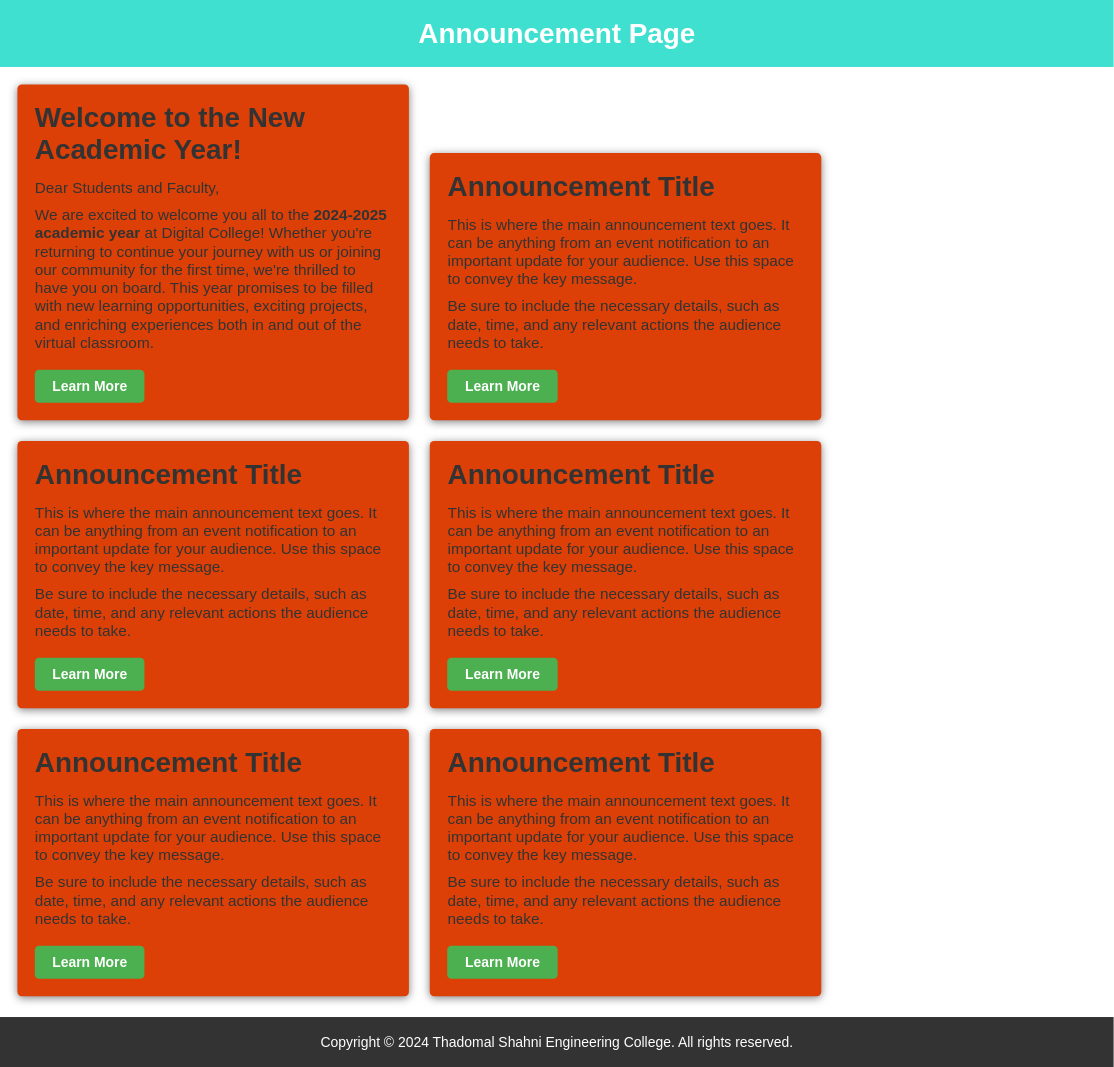
Repository: TejasS1233/MINITHON-hackathon-project
Page: annoucementpage.html
An editor plug-in stored every save of this project. The page is shown before and after the next save, followed by the edit.
The browser window is 1280 px wide. The pictures show the whole page, at 87% of full size.

Above is the page before, as saved 2024-09-20 09:36:04.

### annoucementpage.html
<!DOCTYPE html>
<html lang="en">
<head>
    <meta charset="UTF-8">
    <meta name="viewport" content="width=device-width, initial-scale=1.0">
    <meta http-equiv="X-UA-Compatible" content="ie=edge">
    <title>Announcement Page</title>
    <link rel="stylesheet" href="styles.css">
</head>
<body>

    <div class = "announcement-heading">
        <h1>Announcement Page</h1>
    </div>

    <div class="announcement-grid">
    <div class="announcement">
        <h2>Welcome to the New Academic Year!</h2>
        <p>
            Dear Students and Faculty,
        </p>
        <p>
            We are excited to welcome you all to the <strong>2024-2025 academic year</strong> at Digital College!
        Whether you're returning to continue your journey with us or joining our community for the first time,
        we're thrilled to have you on board. This year promises to be filled with new learning opportunities,
        exciting projects, and enriching experiences both in and out of the virtual classroom.
        </p>
        <a href="#" class="cta-button">Learn More</a>
    </div>
    <div class="announcement">
        <h2>Announcement Title</h2>
        <p>
            This is where the main announcement text goes. It can be anything from an event notification to
            an important update for your audience. Use this space to convey the key message.
        </p>
        <p>
            Be sure to include the necessary details, such as date, time, and any relevant actions the
            audience needs to take.
        </p>
        <a href="#" class="cta-button">Learn More</a>
    </div>
    <div class="announcement">
        <h2>Announcement Title</h2>
        <p>
            This is where the main announcement text goes. It can be anything from an event notification to
            an important update for your audience. Use this space to convey the key message.
        </p>
        <p>
            Be sure to include the necessary details, such as date, time, and any relevant actions the
            audience needs to take.
        </p>
        <a href="#" class="cta-button">Learn More</a>
    </div>
    <div class="announcement">
        <h2>Announcement Title</h2>
        <p>
            This is where the main announcement text goes. It can be anything from an event notification to
            an important update for your audience. Use this space to convey the key message.
        </p>
        <p>
            Be sure to include the necessary details, such as date, time, and any relevant actions the
            audience needs to take.
        </p>
        <a href="#" class="cta-button">Learn More</a>
    </div>
    <div class="announcement">
        <h2>Announcement Title</h2>
        <p>
            This is where the main announcement text goes. It can be anything from an event notification to
            an important update for your audience. Use this space to convey the key message.
        </p>
        <p>
            Be sure to include the necessary details, such as date, time, and any relevant actions the
            audience needs to take.
        </p>
        <a href="#" class="cta-button">Learn More</a>
    </div>
    <div class="announcement">
        <h2>Announcement Title</h2>
        <p>
            This is where the main announcement text goes. It can be anything from an event notification to
            an important update for your audience. Use this space to convey the key message.
        </p>
        <p>
            Be sure to include the necessary details, such as date, time, and any relevant actions the
            audience needs to take.
        </p>
        <a href="#" class="cta-button">Learn More</a>
    </div>
</div>

    <footer>
        <p> Copyright &copy; 2024 Thadomal Shahni Engineering College. All rights reserved.</p>
    </footer>
</body>
</html>

### styles.css
* {
    margin: 0;
    padding: 0;
    box-sizing: border-box;
}

body {
    font-family: 'Arial', sans-serif;
    background-color: white;
    color: #333;
}


.announcement-heading {
    background-color: turquoise;
    color: white;
    padding: 20px 0;
    text-align: center;
    margin-bottom: 20px;
}

.class announcement-grid
{
    display: grid;
    grid-template-columns: repeat(auto-fit, minmax(450px, 1fr));
    gap: 20px;
    padding: 20px;
    margin-bottom: 20px;
    position: absolute;
}

.announcement {
    background-color: rgb(220, 64, 7);
    padding: 20px;
    border-radius: 5px;
    box-shadow: 0 2px 10px rgba(0, 0, 0, 0.5);
    margin-bottom: 20px;
    margin-left: 20px;
    max-width: 450px;
    display: inline-block;
    position: relative;
    overflow: hidden;
}

.announcement h2 {
    font-size: 2em;
    margin-bottom: 15px;
}

.announcement p {
    margin-bottom: 10px;
    font-size: 1.1em;
}

.cta-button {
    display: inline-block;
    background-color: #4CAF50;
    color: white;
    padding: 10px 20px;
    text-decoration: none;
    border-radius: 5px;
    margin-top: 10px;
    font-weight: bold;
    transition: background-color 1s;
}

.cta-button:hover {
    background-color: #45a049;
    cursor: pointer;
}


footer {
    text-align: center;
    padding: 20px 0;
    background-color: #333;
    color: white;
    position: relative;
    width: 100%;
    bottom: 0;
}

After the next save:
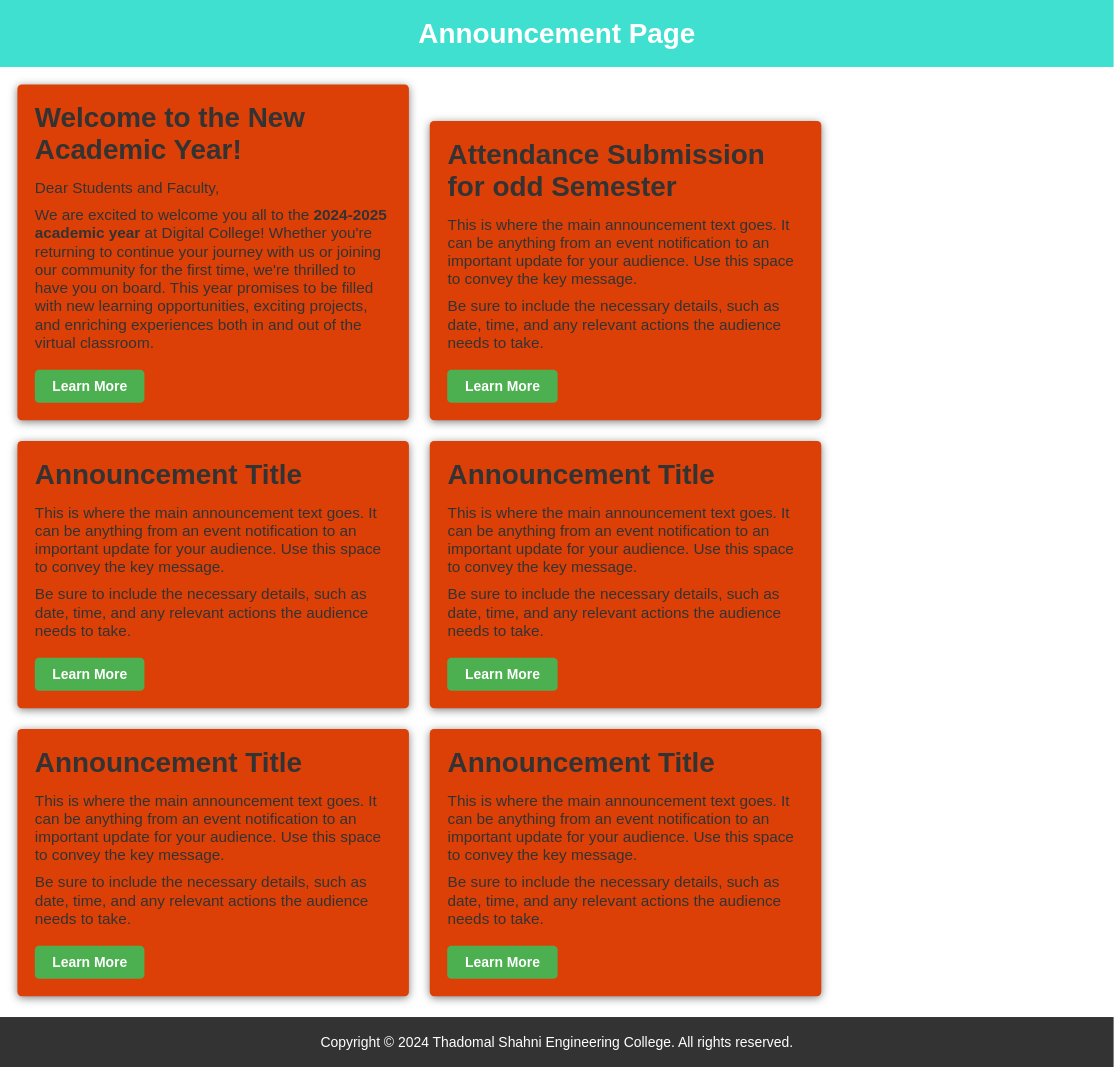
Saved 12 s later.
--- a/annoucementpage.html
+++ b/annoucementpage.html
@@ -28,7 +28,7 @@
         <a href="#" class="cta-button">Learn More</a>
     </div>
     <div class="announcement">
-        <h2>Announcement Title</h2>
+        <h2>Attendance Submission for odd Semester</h2>
         <p>
             This is where the main announcement text goes. It can be anything from an event notification to
             an important update for your audience. Use this space to convey the key message.
